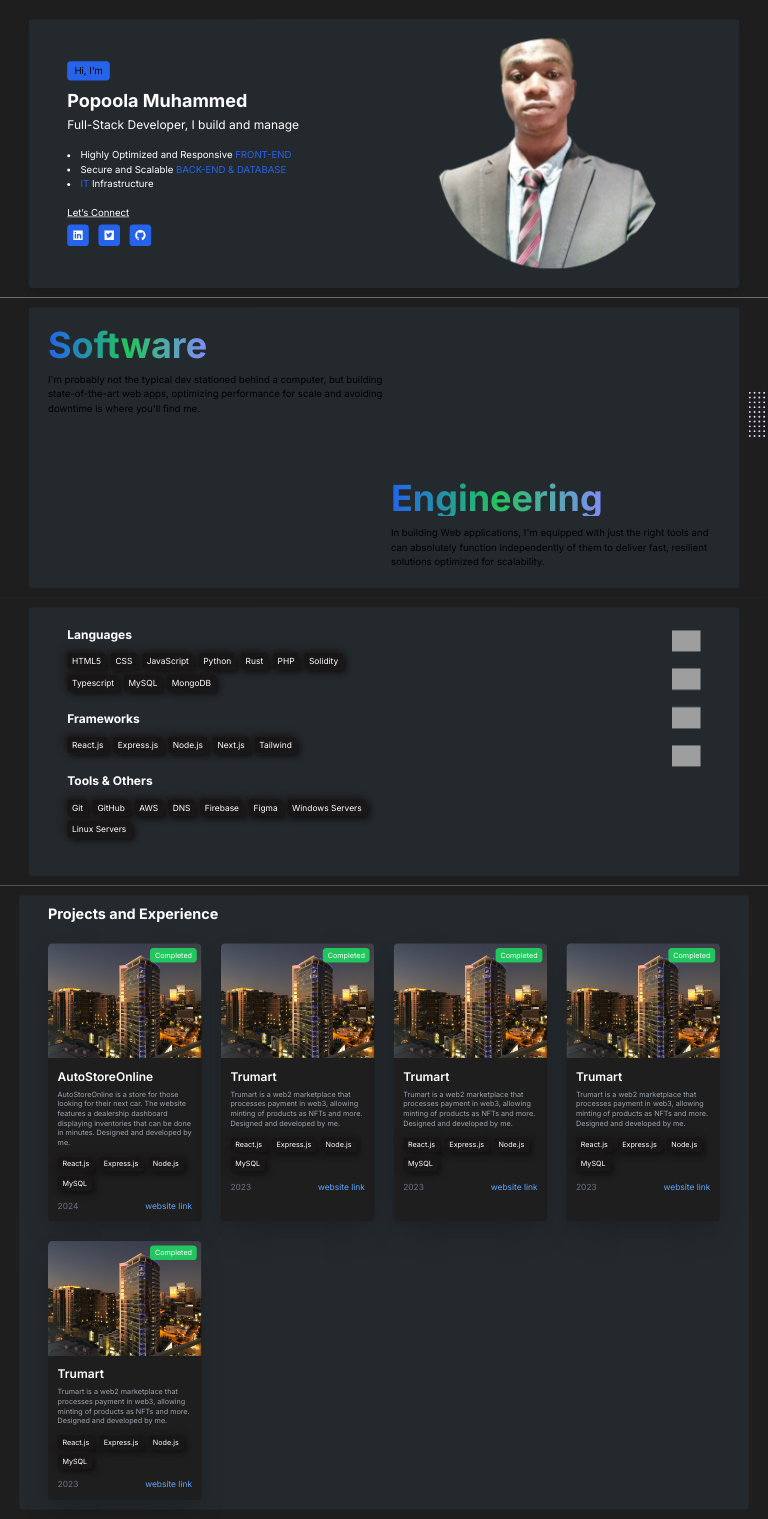
Repository: muhammedctgr/hammedctgr
Page: /
An editor plug-in stored every save of this project. The page is shown before and after the next save, followed by the edit.
The browser window is 1280 px wide. The pictures show the whole page, at 60% of full size.
Pictures or frames that could not be fetched are drawn as grey boxes. The project was rebuilt for these pictures with package versions that can differ from the ones it lists, and the page was loaded fresh each time. The framework's server and built-in components were replaced by stand-ins that run in the browser. Also part of the build but not shown: next.config.mjs.

Above is the page before, as saved 2024-08-06 23:51:47.

After the next save:
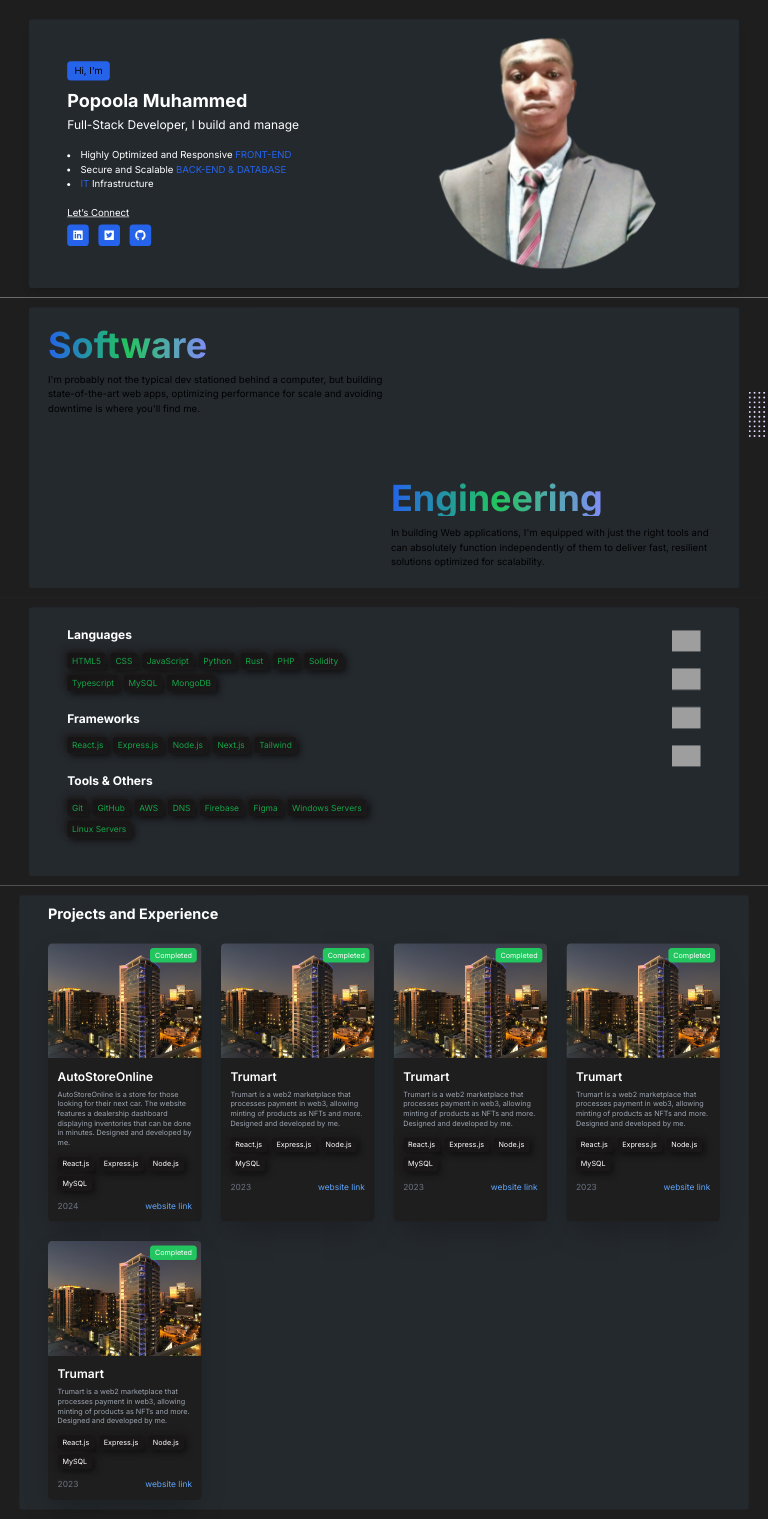
Saved 8 s later.
--- a/components/SkillsSection.tsx
+++ b/components/SkillsSection.tsx
@@ -67,7 +67,7 @@ const SkillsSection: FC = () => {
             {category.skills.map((skill) => (
               <span
                 key={skill.name}
-                className={`px-2 py-1 rounded-md text-sm neumorph text-green-`}
+                className={`px-2 py-1 rounded-md text-sm neumorph text-green-600`}
               >
                 {skill.name}
               </span>
